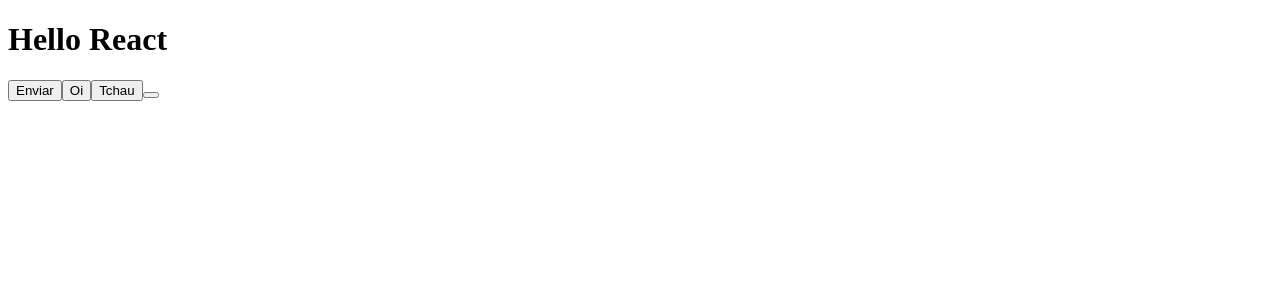
Repository: guilhermecardoso93/nlwreturn-react
Page: /
The author's editor kept a copy of each file at every save. The page is drawn from the files as they stood at one save, then again after the next save.
The browser window is 1280 px wide. The pictures show the whole page.
The project was rebuilt for these pictures with package versions that can differ from the ones it lists, and the page was loaded fresh each time. Also part of the build but not shown: vite.config.ts.

Above is the page before, as saved 2022-05-02 20:42:01.

### src/App.tsx
interface ButtonProps{
  text?: string
}

function Button(props :ButtonProps ) {
  return <button>{props.text}</button>;
}

function App() {
  return (
    <>
      <h1>Hello React</h1>
      <Button text="Enviar"/>
      <Button text="Oi"/>
      <Button text="Tchau"/>
      <Button/>
    </>
  );
}

export default App;

Loaded but not shown: index.html (common file); src/main.tsx (common file)

After the next save:
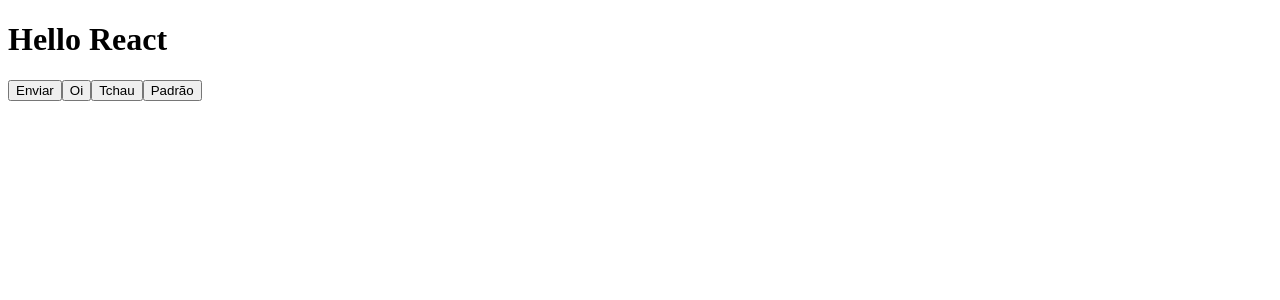
Saved 13 s later.
--- a/src/App.tsx
+++ b/src/App.tsx
@@ -3,7 +3,7 @@
 }
 
 function Button(props :ButtonProps ) {
-  return <button>{props.text}</button>;
+  return <button>{props.text ?? 'Padrão'}</button>;
 }
 
 function App() {
